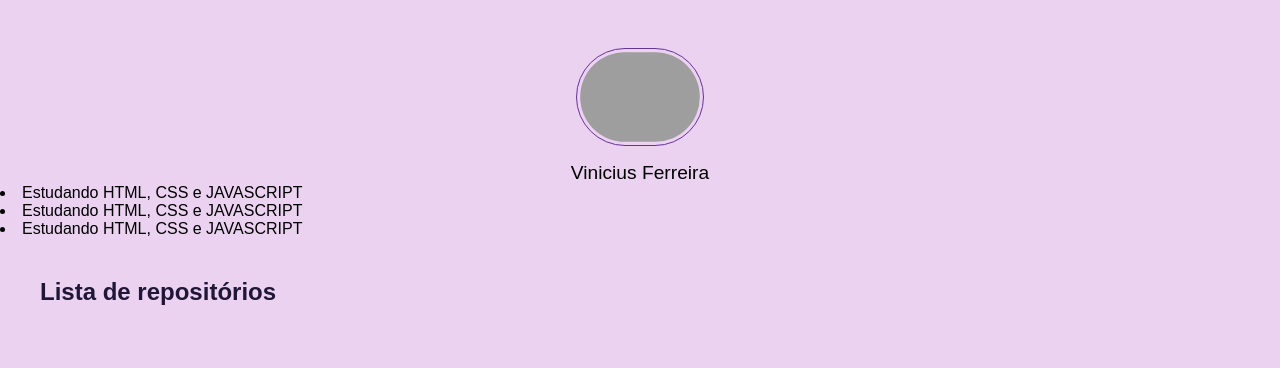
Repository: viniciusfg05/AnnotationReacts
Page: /
The author's editor kept a copy of each file at every save. The page is drawn from the files as they stood at one save, then again after the next save.
The browser window is 1280 px wide. The pictures show the whole page.
Pictures or frames that could not be fetched are drawn as grey boxes. The page's requests for data from a server got no answer. The project was rebuilt for these pictures with package versions that can differ from the ones it lists, and the page was loaded fresh each time. No one was signed in, and anything a server would have sent is missing. Also part of the build but not shown: webpack.config.js, src/components/RepositoryItens.tsx.

Above is the page before, as saved 2022-02-18 14:47:09.

After the next save:
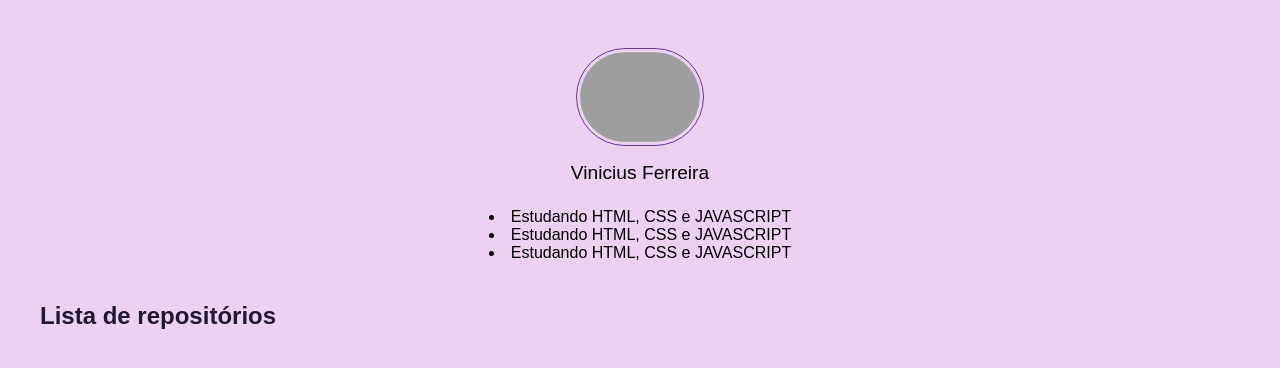
Saved 8 s later.
--- a/src/components/Profile.tsx
+++ b/src/components/Profile.tsx
@@ -18,7 +18,7 @@ export function Profile() {
         </div>
 
 
-        <div>
+        <div className="bio">
           <li>Estudando HTML, CSS e JAVASCRIPT</li>
           <li>Estudando HTML, CSS e JAVASCRIPT</li>
           <li>Estudando HTML, CSS e JAVASCRIPT</li>
